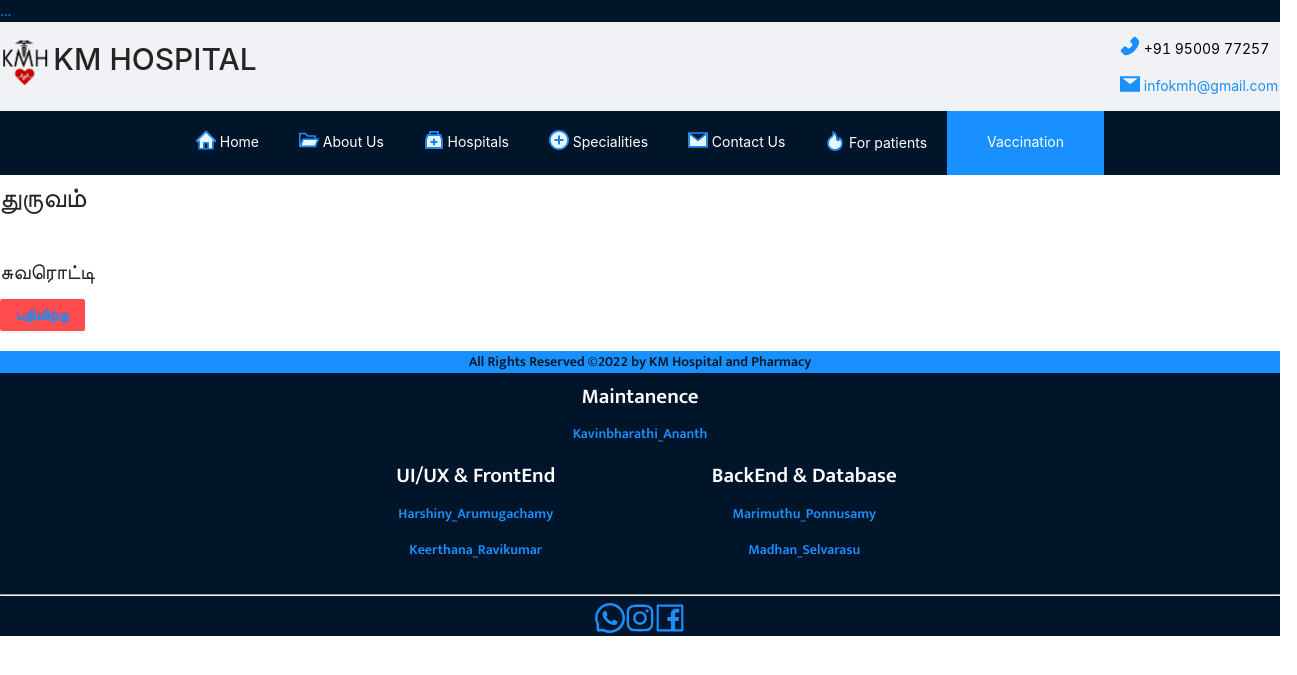
Repository: marimuthu1001/KHM-hospital
Page: /feedback (app in km-hospital/)
These files come from the project's save history. The page is drawn as it stood at one moment and after the next save; the edit follows.
The browser window is 1280 px wide. The page is 1297 px wide, so the pictures cover 1297 px, including what lies to the right of the window. The pictures show the whole page.
The page's requests for data from a server got no answer. The project was rebuilt for these pictures with package versions that can differ from the ones it lists, and the page was loaded fresh each time. No one was signed in, and anything a server would have sent is missing. Also part of the build but not shown: km-hospital/src/Styles/ContactUs.module.css, km-hospital/src/Pages/ContactUs.jsx, km-hospital/src/Pages/AboutUS.jsx, km-hospital/src/Styles/Specialities.module.css, km-hospital/src/Pages/Specialities.jsx.

Above is the page before, as saved 2022-01-25 11:49:06.

### km-hospital/public/index.html
<!DOCTYPE html>
<html lang="en">
  <head>
    <meta charset="utf-8" />
    <link rel="icon" href="%PUBLIC_URL%/favicon.ico" />
    <meta name="viewport" content="width=device-width, initial-scale=1" />
    <meta name="theme-color" content="#000000" />
    <meta
      name="description"
      content="Web site created using create-react-app"
    />
    <link rel="apple-touch-icon" href="%PUBLIC_URL%/logo192.png" />
    <!--
      manifest.json provides metadata used when your web app is installed on a
      user's mobile device or desktop. See https://developers.google.com/web/fundamentals/web-app-manifest/
    -->
    <link rel="manifest" href="%PUBLIC_URL%/manifest.json" />
    <!--
      Notice the use of %PUBLIC_URL% in the tags above.
      It will be replaced with the URL of the `public` folder during the build.
      Only files inside the `public` folder can be referenced from the HTML.

      Unlike "/favicon.ico" or "favicon.ico", "%PUBLIC_URL%/favicon.ico" will
      work correctly both with client-side routing and a non-root public URL.
      Learn how to configure a non-root public URL by running `npm run build`.
    -->
    <title>KM HOSPITAL | HOME</title>
  </head>
  <body>
    <noscript>You need to enable JavaScript to run this app.</noscript>
    <div id="root"></div>
    <!--
      This HTML file is a template.
      If you open it directly in the browser, you will see an empty page.

      You can add webfonts, meta tags, or analytics to this file.
      The build step will place the bundled scripts into the <body> tag.

      To begin the development, run `npm start` or `yarn start`.
      To create a production bundle, use `npm run build` or `yarn build`.
    -->
  </body>
</html>

### km-hospital/src/index.js
import React from 'react';
import ReactDOM from 'react-dom';
import 'antd/dist/antd.min.css'
import './index.css'
import App from './App';


ReactDOM.render(
  <React.StrictMode>
    <App />
  </React.StrictMode>,
  document.getElementById('root')
);

### km-hospital/src/index.css
@import '~antd/dist/antd.css';

.ant-menu:not(.ant-menu-horizontal) .ant-menu-item-selected {
	background: transparent;
}

.ant-menu{
    background: red;
    }

### km-hospital/src/App.js
import Nav from  './components/Nav'
import Footer from './components/Footer'
import ContactUs from './Pages/ContactUs'
import AboutUs from './Pages/AboutUS'
import Specialities from './Pages/Specialities'
import {BrowserRouter as Router, Route,Routes} from 'react-router-dom'

import Feedback from './Pages/Feedback'

function App() {
  return (
    <Router>
        <div className="App">
          <Nav/>
          <Routes>
            <Route exact path="/contactus" element={<ContactUs/>}/>
            <Route exact path="/aboutus" element={<AboutUs/>}/>
            <Route exact path="/specialities" element={<Specialities/>}/>
            <Route exact path="/feedback" element={<Feedback/>}/>
          </Routes>

          <Footer/>
        </div>
    </Router>

  );
}

export default App;

### km-hospital/src/components/Nav.jsx
import React from 'react'

import Styles from '../Styles/Nav.module.css'
import { Layout, Menu, Dropdown,Row,Col } from 'antd';
import { UserOutlined, LaptopOutlined, NotificationOutlined } from '@ant-design/icons';
import Logo from '../Images/Logo.png'

import {HomeTwoTone,
    FolderOpenTwoTone,
    MedicineBoxTwoTone,
    PlusCircleTwoTone,
    FireTwoTone ,
    MailTwoTone,
    PhoneFilled,
    MailFilled,

    } from '@ant-design/icons'

function Nav() {
  const menu = (
    <Menu>

            <Menu.Item key="1">Covid Dose</Menu.Item>
            <Menu.Item key="2">Covid Booster</Menu.Item>
            <Menu.Item key="3">Polio Vaccine</Menu.Item>
            <Menu.Item key="4">Chicken pox Vaccine</Menu.Item>
      </Menu>
  )
const patients = (
  <Menu>
          <Menu.Item key="1">Health Checkup Package</Menu.Item>
          <Menu.Item key="2">Medicines</Menu.Item>
          <Menu.Item key="3">Symptoms</Menu.Item>
          <Menu.Item key="4">Procedurs</Menu.Item>
          <Menu.Item key="5">BMI Calculator</Menu.Item>
    </Menu>

  )

  const { Header} = Layout;
    return (

      <Layout>
        <p className={Styles.line}>...</p>
        <div className={Styles.head} >
            <Row gutters={[16,16]}>
              <Col md={{span:2}} lg={{span:1}}>
              <div className="logo">
              <img src={Logo} alt="Logo" widht={50} height={50}/>
            </div>
              </Col>
              <Col md={{span:6}} lg={{span:4}}>
              <h1>KM HOSPITAL</h1>
              </Col>
              <Col md={{span:8}} lg={{span:16}}></Col>
              <Col md={{span:5}} lg={{span:3}}>
              <div className={Styles.contactHead}>
                <p style={{color:'black'}}><PhoneFilled  style= {{ fontSize: '20px',color: '#1890ff'  }} />&nbsp;+91 95009 77257</p>
                <p><a href="mailto:infokmh@gmail.com"><MailFilled style= {{ fontSize: '20px',color: '#1890ff'  }} />&nbsp;infokmh@gmail.com</a></p>
               </div>
              </Col>
            </Row>
        </div>



      <Header className="header">
      <div className="menubar">
        <Menu style={{
            position: 'relative',
            display: 'flex',
            justifyContent: 'center',

        }} theme="dark" mode="horizontal" defaultSelectedKeys={['1']}>
     <a href="/">
          <Menu.Item key="7"><HomeTwoTone style={{fontSize:20}}/>&nbsp;Home</Menu.Item>
     </a>
     <a href="/aboutus">
          <Menu.Item key="2"><FolderOpenTwoTone style={{fontSize:20}}/>&nbsp;About Us</Menu.Item>
     </a>
     <a href="">
          <Menu.Item key="3"><MedicineBoxTwoTone style={{fontSize:20}}/>&nbsp;Hospitals</Menu.Item>
     </a>
     <a href="/specialities">
          <Menu.Item key="4"><PlusCircleTwoTone style={{fontSize:20}}/>&nbsp;Specialities</Menu.Item>
     </a>
     <a href="/contactus">
          <Menu.Item  key="6"> <MailTwoTone style={{fontSize:20}}/>&nbsp;Contact Us</Menu.Item>
     </a>
          <Dropdown  overlay={patients} placement="topCenter">
              <Menu.Item key="5"><FireTwoTone style={{fontSize:20}}/>&nbsp;For patients</Menu.Item>
          </Dropdown>

          <Menu.Item key="1">
          <Dropdown  overlay={menu} placement="topCenter">
                    <Menu.Item>Vaccination</Menu.Item>
          </Dropdown>
          </Menu.Item>


        </Menu>  </div>
      </Header>


        </Layout>


    )
}

export default Nav

### km-hospital/src/components/Footer.jsx
import React from 'react'
import Styles from '../Styles/Footer.module.css'
import { Row, Col } from 'antd';
import {WhatsAppOutlined,
    InstagramOutlined,
    FacebookOutlined} from '@ant-design/icons'
function Footer() {
    return (
        <div  >
            <div className={Styles.footer}>


                <div className={Styles.footerContent}>
                    <div sm={1}  md={6} lg={8}  className={Styles.footerTitle}>
                        <h4>All Rights Reserved &copy;2022 by KM Hospital and Pharmacy</h4>
                    </div>


                <div className={Styles.maintain}>
                    <h2>Maintanence</h2>
                    <p>Kavinbharathi_Ananth</p>
                </div>

                <Row className={Styles.design} gutter={[34, 18]}>
                <Col xs={24} md={6}/>
                    <Col xs={24} md={6}>
                        <div>
                            <h2 className={Styles.headDecoration}>UI/UX & FrontEnd</h2>
                            <div className={Styles.decoration}>
                                <p>Harshiny_Arumugachamy</p>
                                <p>Keerthana_Ravikumar</p>
                            </div>
                        </div>
                    </Col>
                    <Col xs={24} md={6}>
                        <div>
                        <h2 className={Styles.headDecoration}>BackEnd & Database</h2>
                            <div className={Styles.decoration}>
                                <p>Marimuthu_Ponnusamy</p>
                                <p>Madhan_Selvarasu</p>
                            </div>
                        </div>
                    </Col>
                    <Col xs={24} md={6}/>
                        <Col sm={{ span: 5, offset: 0 }} md={{ span: 5, offset: 0 }} lg={{ span: 6, offset:0  }}> </Col>
                </Row>


<hr/>


                <Row  className={Styles.social}>
                    <Col sm={{span:2}} md={{span:8}} lg={{span:8}}><WhatsAppOutlined style={{fontSize: '30px' }} /></Col>
                    <Col sm={{span:2}} md={{span:8}} lg={{span:8}}><InstagramOutlined style={{fontSize: '30px' }} /></Col>
                    <Col sm={{span:2}} md={{span:8}} lg={{span:8}}><FacebookOutlined style={{fontSize: '30px' }} /></Col>
                </Row>
            </div>
        </div>
        </div>
    )
}

export default Footer

### km-hospital/src/Pages/Feedback.jsx
import React , {useState,useEffect} from 'react'
import { Helmet,HelmetProvider } from 'react-helmet-async';
import firebase from '../firebase.js'



import { Card, Col, Row,Button,Spin } from 'antd';
const { Meta } = Card;
const Dhuruvam=()=> {
    const [FeedBacks, setFeedBacks] = useState([]);
    const [loading, setLoading] = useState(false);




    useEffect(()=>{
          //ONE TIME GET FUNCTION
    const ref = firebase.firestore().collection("Feedbacks");
    setLoading(true);
    function getFeedBacks() {
        ref.onSnapshot((querySnapshot)=>{
            const items = [];
            querySnapshot.forEach((doc)=>{
                items.push(doc.data());
            });
        setLoading(false);
        setFeedBacks(items);
        });
    }

        getFeedBacks();
    },[]);

console.log(loading)
    if(loading){
        <h1>Loading</h1>

    }
    return (
        <div>
             <HelmetProvider>
                    <Helmet>
                        <title>ழகரம் | துருவம்</title>
                    </Helmet>
             </HelmetProvider>

           <div className="title-pongal">
               <h1>துருவம் </h1>
           </div>

          <div className="site-card-wrapper">
          <Spin tip="ஏற்றுகிறது ..." style={{width:1550}} size="large" spinning={loading}>

          </Spin>&nbsp;
          <h2 className="poster_title">சுவரொட்டி</h2>

          <Row gutter={0}>
                        {FeedBacks.map((feedback) =>(
                            <div key={feedback.key}>
                                <Col span={1}>
                                <Card
                                        className="card-item"
                                        style={{ width: 350 , height:300 , marginLeft:120}
                                }>
                                <Meta
                                    title={feedback.name}
                                    description={feedback.feedback}
                                />
                                </Card>
                             </Col>
                            </div>
                        ))}

                  </Row>
            </div>
            <Button style={{marginBottom:20}} className="btn" type="danger"><a href="/docs" className="ref"><b>பதிவிற்கு</b></a> </Button>

        </div>
    )
}

export default Dhuruvam;

### km-hospital/src/Styles/Nav.module.css
*{
    margin-top:0px;
}
.line{
    background-color:#001529;
    color:#1890ff;
}
.head h1{
    font-size: 30px;
}
.menubar .Menu.item{
    margin-left:20%;
}
a{
    text-decoration: none;
}
a:hover{
    background-color:#1890ff;
}

### km-hospital/src/Styles/Footer.module.css
@import url('https://fonts.googleapis.com/css2?family=Mukta:wght@600&display=swap');
.footer{
    background-color:#001529;
    font-family: 'Mukta', sans-serif;
    color:#1890ff;
    position:relative;
    text-align:center
}
.footer h2{
    color:#ffffff
}
.footer .footerTitle{
    color:rgb(255, 255, 255);
    background-color:#1890ff
}
.footer .social{
    text-align:center;
    display:inline-flex;
}
.social li{
    list-style-type: none;
}
.decoration{
    list-style-type:none;
    text-align:center
}
.headDecoration{
    text-align:center
}

### km-hospital/src/firebase.js
import firebase from 'firebase/compat/app';
import 'firebase/compat/firestore';


const firebaseConfig = {
    apiKey: "AIzaSyBXAQdkExXqcbrjHUTNEdFbsdwA_L_i-Ts",
    authDomain: "km-hospital-portal.firebaseapp.com",
    projectId: "km-hospital-portal",
    storageBucket: "km-hospital-portal.appspot.com",
    messagingSenderId: "115873823605",
    appId: "1:115873823605:web:4417095c1c3705cda8f13c",
    measurementId: "G-0VPENR8VYJ"
  };

firebase.initializeApp(firebaseConfig);
export default firebase;

After the next save:
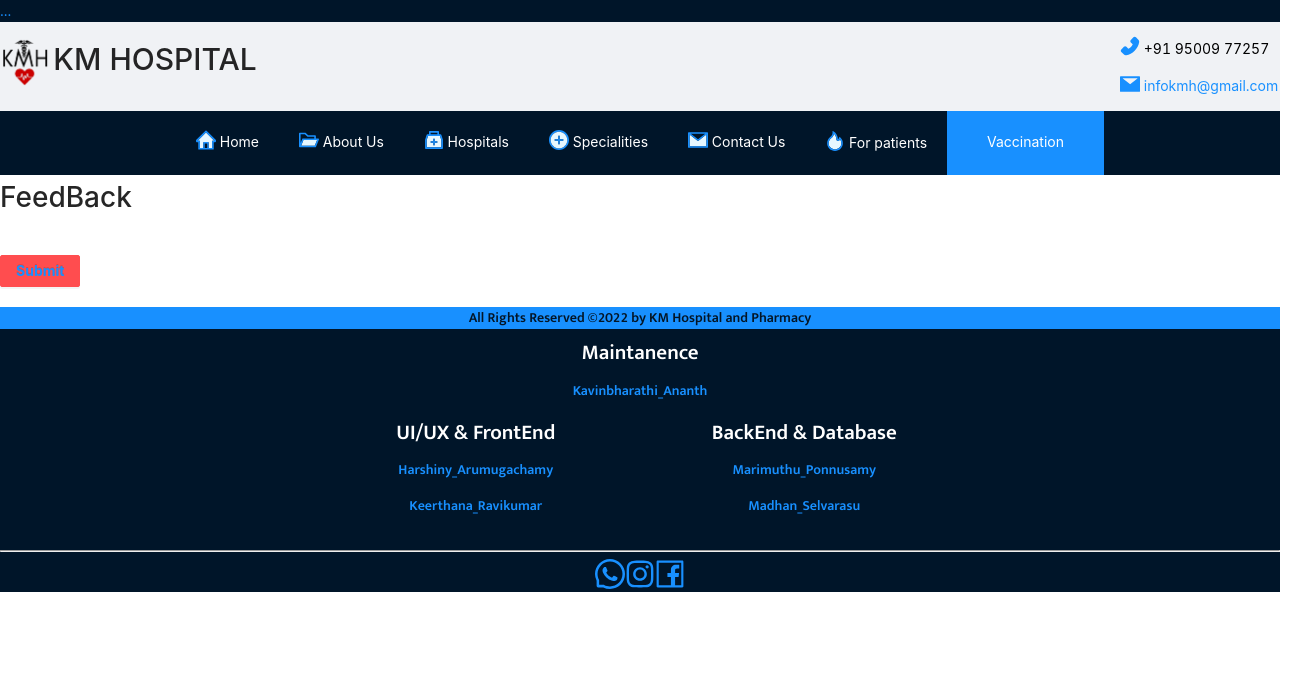
Saved 89 s later.
--- a/km-hospital/src/Pages/Feedback.jsx
+++ b/km-hospital/src/Pages/Feedback.jsx
@@ -40,19 +40,19 @@ console.log(loading)
         <div>
              <HelmetProvider>
                     <Helmet>
-                        <title>ழகரம் | துருவம்</title>
+                        <title>FeedBack</title>
                     </Helmet>
              </HelmetProvider>
 
            <div className="title-pongal">
-               <h1>துருவம் </h1>
+               <h1>FeedBack </h1>
            </div>
 
           <div className="site-card-wrapper">
-          <Spin tip="ஏற்றுகிறது ..." style={{width:1550}} size="large" spinning={loading}>
+          <Spin tip="Loading ..." style={{width:1550}} size="large" spinning={loading}>
 
           </Spin>&nbsp;
-          <h2 className="poster_title">சுவரொட்டி</h2>
+
 
           <Row gutter={0}>
                         {FeedBacks.map((feedback) =>(
@@ -73,7 +73,7 @@ console.log(loading)
 
                   </Row>
             </div>
-            <Button style={{marginBottom:20}} className="btn" type="danger"><a href="/docs" className="ref"><b>பதிவிற்கு</b></a> </Button>
+            <Button style={{marginBottom:20}} className="btn" type="danger"><a href="/docs" className="ref"><b>Submit</b></a> </Button>
 
         </div>
     )
